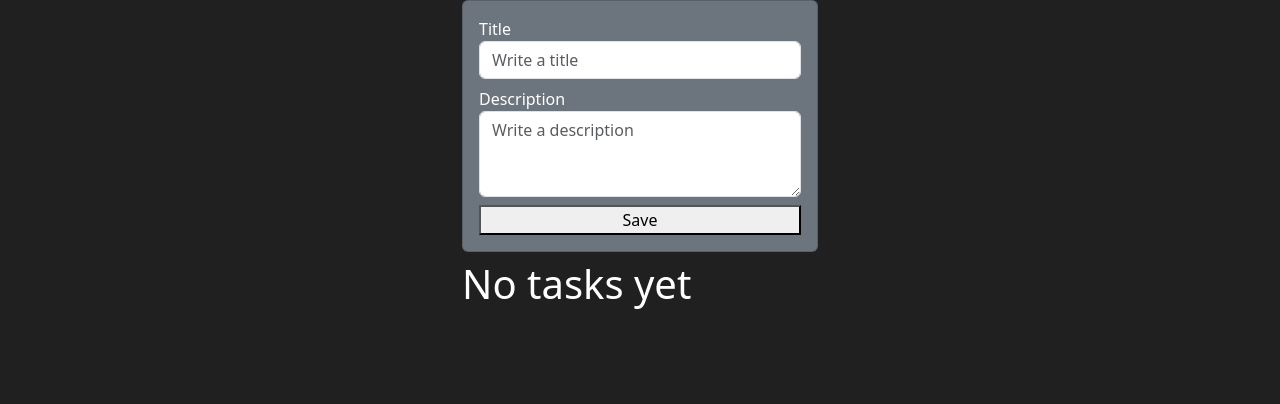
Repository: ChemsJam/django_postgres_todo
Page: http://localhost/tasks/
The author's editor kept a copy of each file at every save. The page is drawn from the files as they stood at one save, then again after the next save.
The browser window is 1280 px wide. The pictures show the whole page.
The page is served by the project's application, run on Django 5.2 (manage.py). Queries for data that is not in the repository find no rows.

Above is the page before, as saved 2024-08-19 15:51:22.

After the next save:
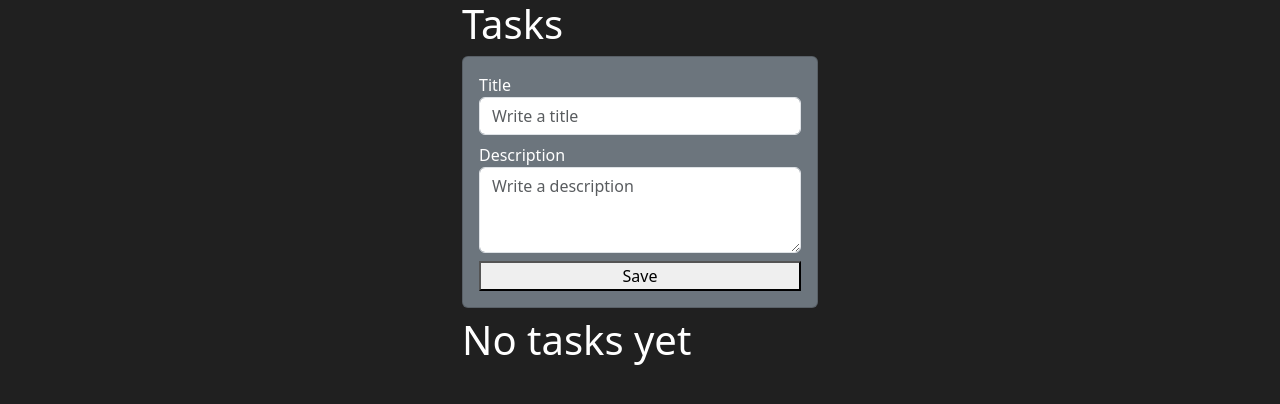
Saved 21 s later.
--- a/tasks/templates/TasksList.html
+++ b/tasks/templates/TasksList.html
@@ -13,7 +13,9 @@
     <div class="container">
         <div class="row">
             <div class="col-md-4 offset-md-4">
-
+                <h1>
+                    Tasks
+                </h1>
                 <form action={% url 'create_tasks' %} method="POST" class="card card-body bg-secondary mb-2">
                 {% csrf_token %}
                 <label>
